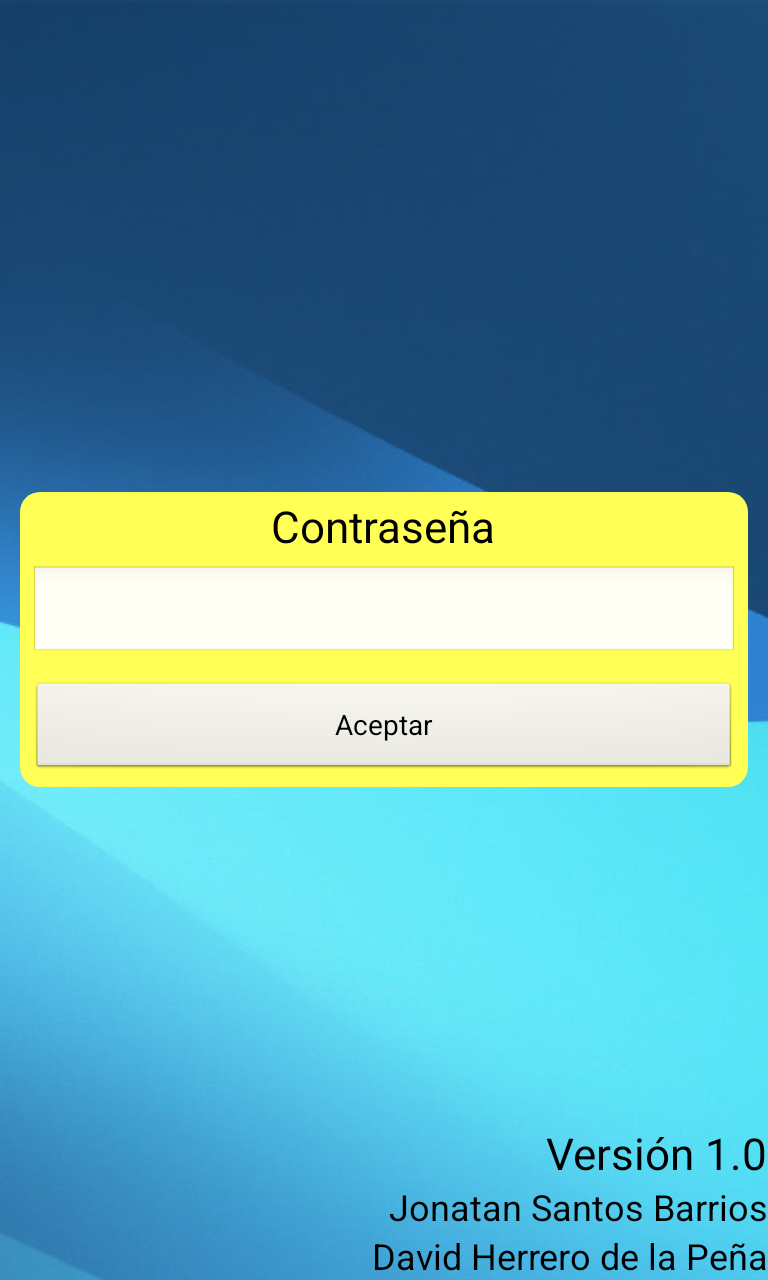
Repository: jonatansantos/Android-Server-Status
Layout: desarrollo/Principal/res/layout/login.xml
An editor plug-in stored every save of this project. The layout is shown before and after the next save, followed by the edit.
It is drawn on a 768 x 1280 px phone screen (xhdpi) without system bars, with theme android:Theme.Light.NoTitleBar; the app's code is not run.

Above is the layout before, as saved 2012-06-13 12:00:57.

After the next save:
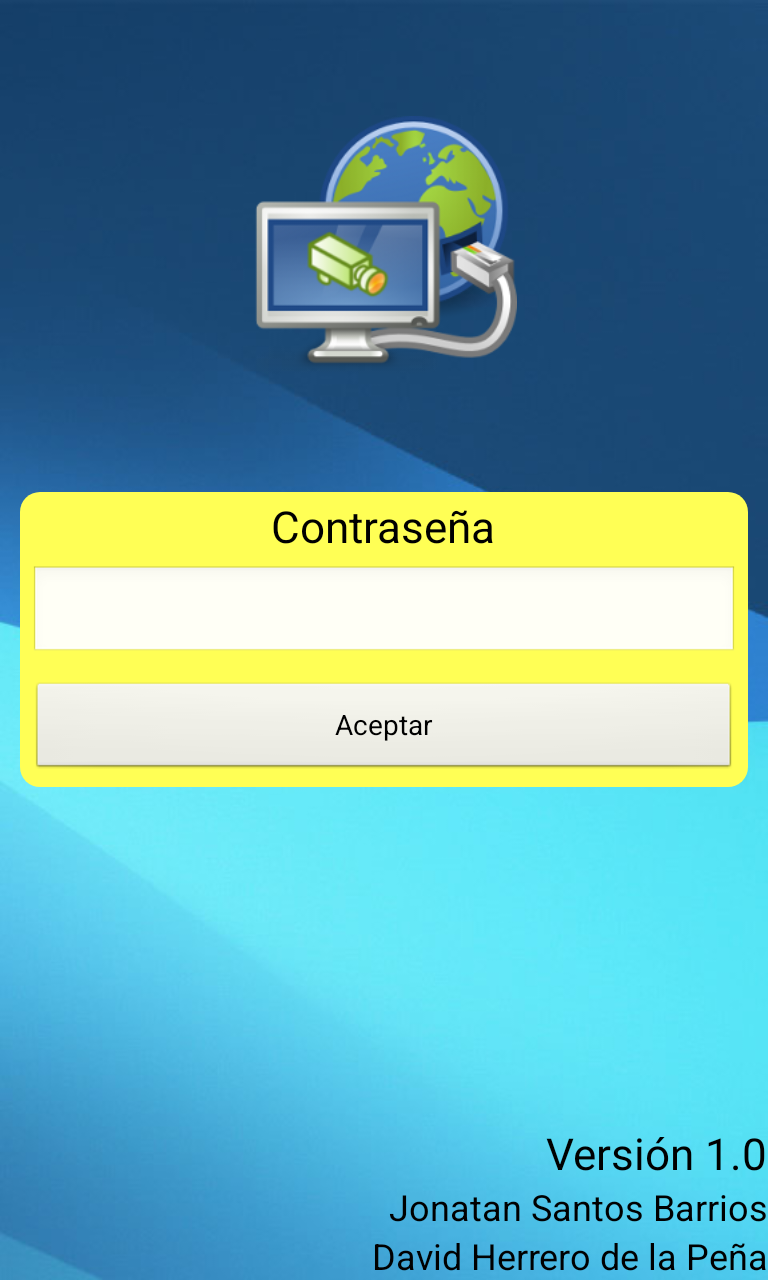
Saved 24 s later.
--- a/desarrollo/Principal/res/layout/login.xml
+++ b/desarrollo/Principal/res/layout/login.xml
@@ -77,4 +77,13 @@
         android:text="@string/version"
         android:textAppearance="?android:attr/textAppearanceLarge" />
 
+    <ImageView
+        android:id="@+id/imageView1"
+        android:layout_width="wrap_content"
+        android:layout_height="wrap_content"
+        android:layout_alignParentTop="true"
+        android:layout_centerHorizontal="true"
+        android:layout_marginTop="58dp"
+        android:src="@drawable/ic_servidor" />
+
 </RelativeLayout>
